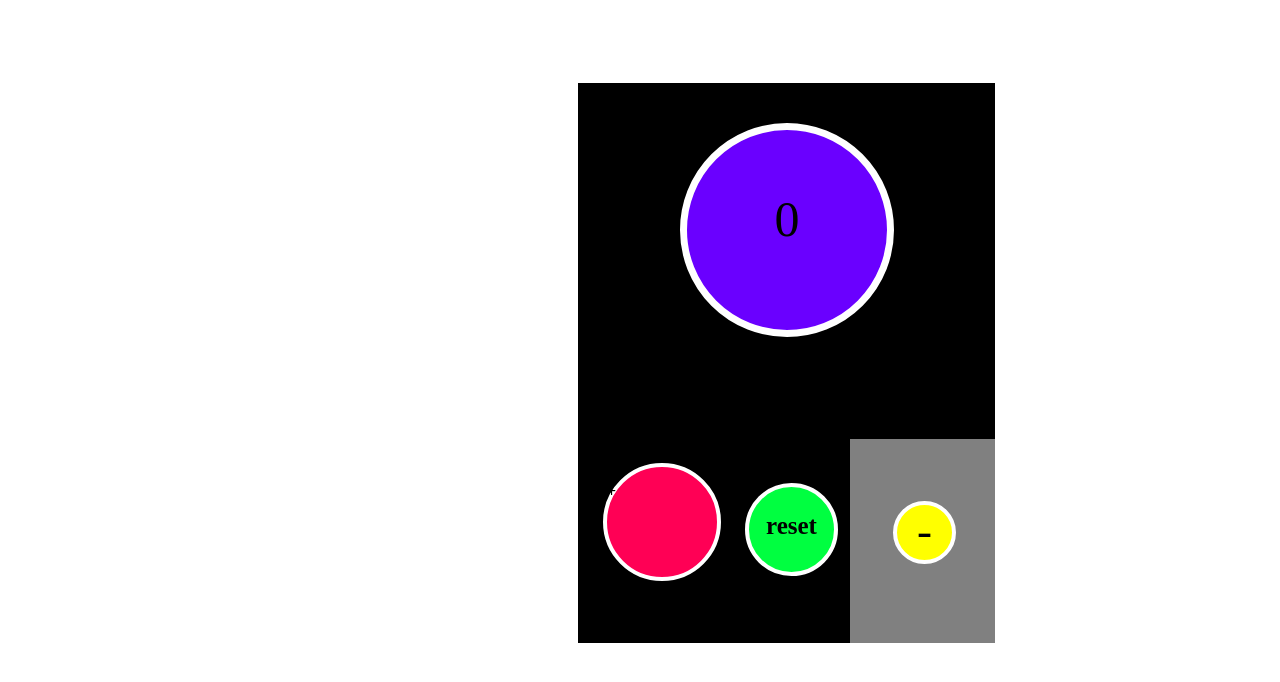
Repository: sara55m/Counter_App
Page: index.html
The author's editor kept a copy of each file at every save. The page is drawn from the files as they stood at one save, then again after the next save.
The browser window is 1280 px wide. The pictures show the whole page.

Above is the page before, as saved 2024-07-31 18:19:36.

### index.html
<!DOCTYPE html>
<html lang="en">
<head>
    <meta charset="UTF-8">
    <meta name="viewport" content="width=device-width, initial-scale=1.0">
    <title>Document</title>
    <link rel="stylesheet" href="css/style.css">
</head>
<body>
    <div class="container">
        <div class="main" id="main"><p class="one" id="one"></p></div>
        <div class="increase" id="increase" onclick="increase()"><p class="first">+</p></div>
        <div class="decrease" id="decrease" onclick="decrease()"><div class="decrease2">-</div></div>
        <div class="reset" onclick="reset_1()"><p class="third">reset</p></div>
    </div>
    <script src="js/script.js"></script>
</body>
</html>

### css/style.css
.container{
    position: absolute;
    top:80px;
    left:575px;
    height:560px;
    width:417px;
    background-color: black;
    border:3px solid white;
}
p.one{
    text-align: center;

}

.main{
    position:absolute;
    top:40px;
    left:102px;
    height:180px;
    width:180px;
    border-radius: 50%;
    background-color: rgb(106, 0, 255);
    text-align: center;
    font-size: 50px;
    padding:10px;
    border:7px solid white;

}

.increase{
    position:absolute;
    top:380px;
    left:25px;
    height:110px;
    width:110px;
    border-radius: 50%;
    background-color: rgb(255, 0, 85);
    border:4px solid white;
    font-weight: bolder;
}
/*p.first,p.second{
    font-size: 30px;
    text-align: center;
}*/
.decrease{
    position:absolute;
    top:356px;
    left:272px;
    background-color:gray;
    height:204px;
    width:145px;

}
.decrease .decrease2{
    position:absolute;
    top:62px;
    left:43px;
    height:55px;
    width:55px;
    border-radius: 50%;
    border:4px solid white;
    background-color:yellow;
    text-align: center;
    font-size: 45px;
}

.reset{
    position:absolute;
    top:400px;
    left:167px;
    height:85px;
    width:85px;
    border-radius: 50%;
    background-color: rgb(0, 255, 64);
    font-weight: bolder;
    border:4px solid white;
}

p.third{
    font-size: 25px;
    text-align: center;
}

### js/script.js
let count=0;
document.getElementById("one").innerHTML=count;
function increase(){
    count+=1;
    document.getElementById("one").innerHTML=count;
}

function reset_1(){
    count=0;
    document.getElementById("one").innerHTML=count;
}

count=0;
document.getElementById("one").innerHTML=count;
function decrease(){
    count-=1;
    document.getElementById("one").innerHTML=count;

}

After the next save:
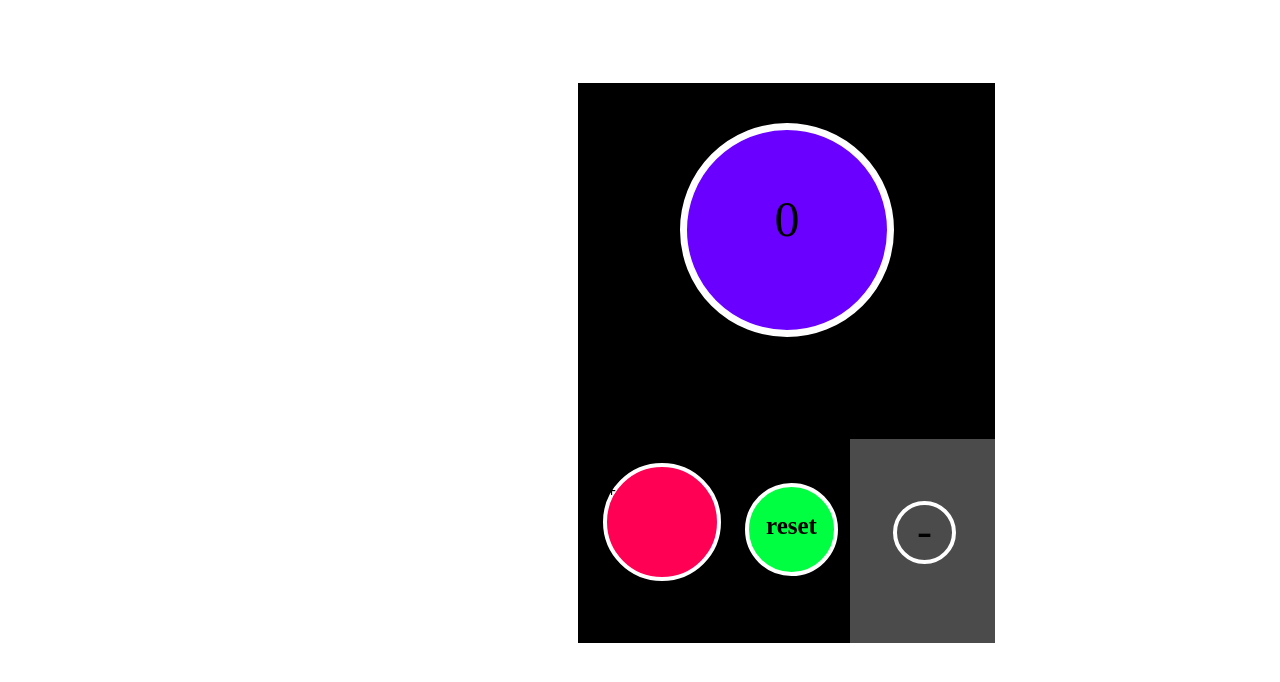
Saved 52 s later.
--- a/css/style.css
+++ b/css/style.css
@@ -46,7 +46,7 @@ p.one{
     position:absolute;
     top:356px;
     left:272px;
-    background-color:gray;
+    background-color:#4b4b4b;
     height:204px;
     width:145px;
 
@@ -59,7 +59,7 @@ p.one{
     width:55px;
     border-radius: 50%;
     border:4px solid white;
-    background-color:yellow;
+    background-color:#4b4b4b;
     text-align: center;
     font-size: 45px;
 }
